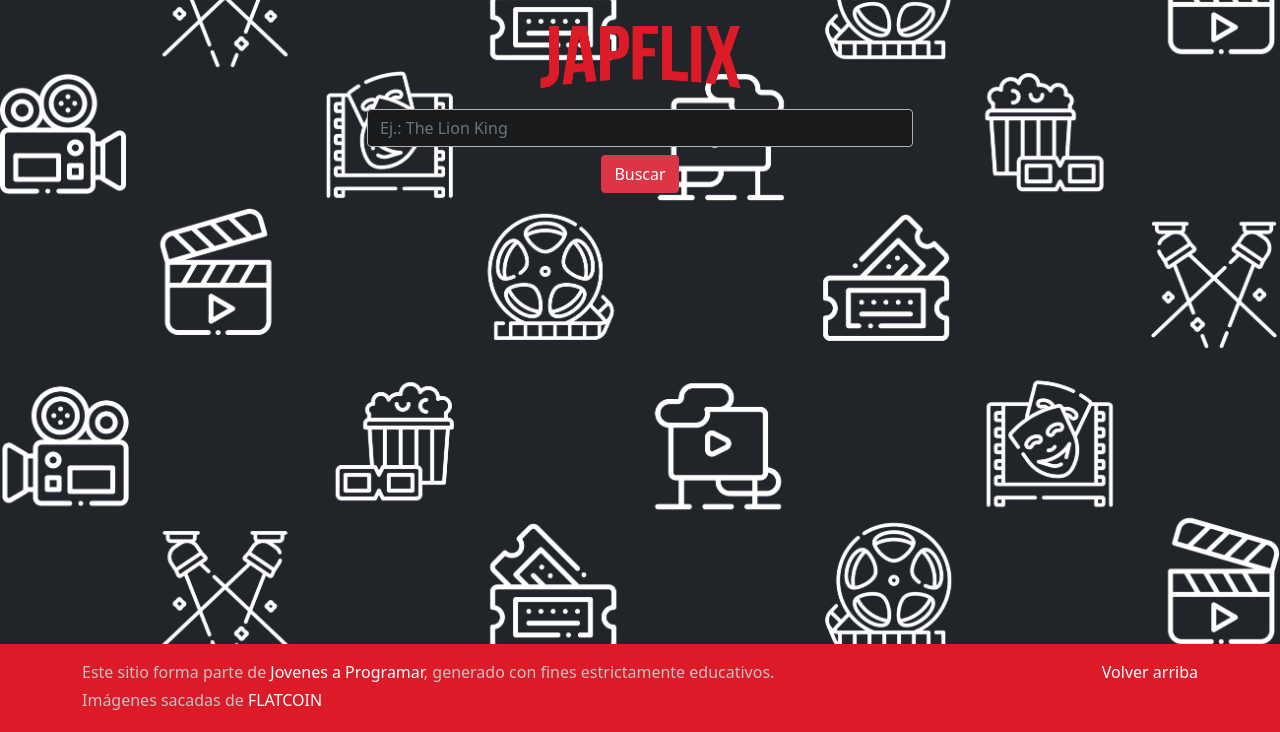
Repository: romancegirl/japflix
Page: index.html
The author's editor kept a copy of each file at every save. The page is drawn from the files as they stood at one save, then again after the next save.
The browser window is 1280 px wide. The pictures show the whole page.
The page's requests for data from a server got no answer.

Above is the page before, as saved 2024-11-18 18:44:00.

After the next save:
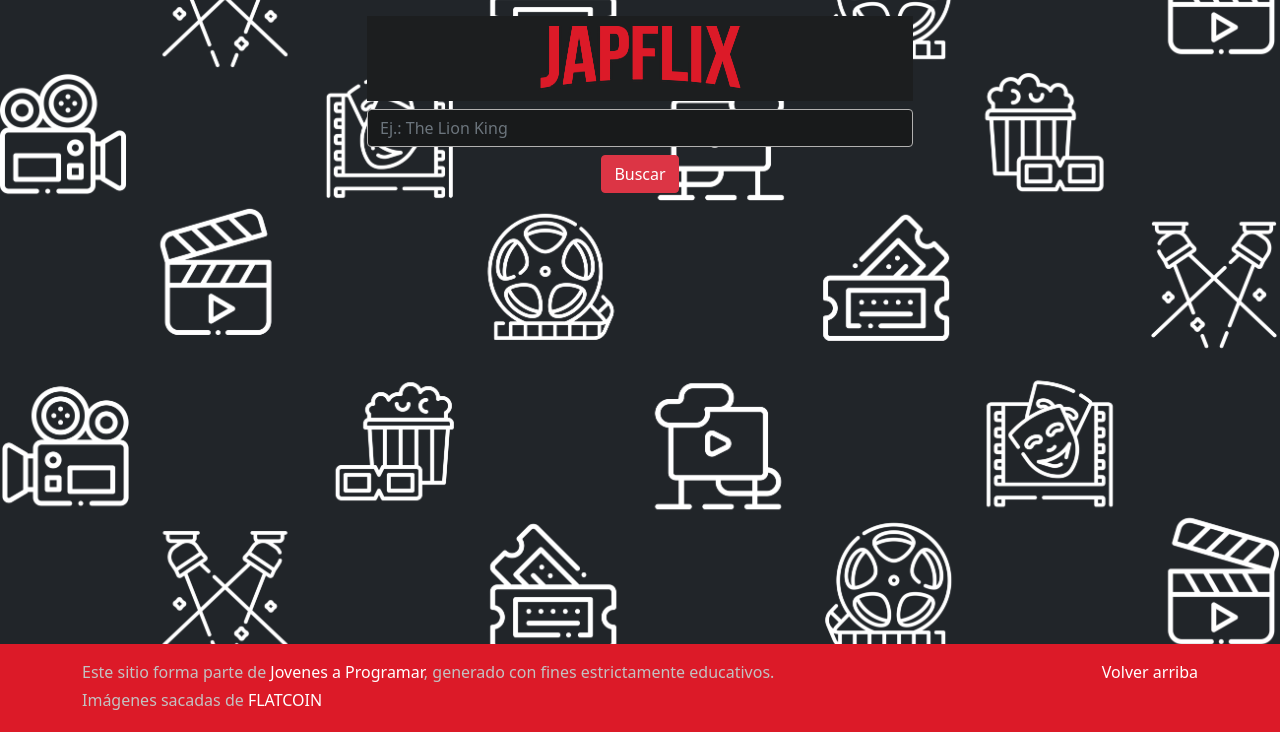
Saved 74 s later.
--- a/css/style.css
+++ b/css/style.css
@@ -17,6 +17,10 @@
     background-color: #181A1B;
     border: 1px solid #96242F;
     color: #B2B1B0;
+}
+
+.fw-light {
+    background-color: #1C1E1F;
 }
 
 .offcanvas-body {
